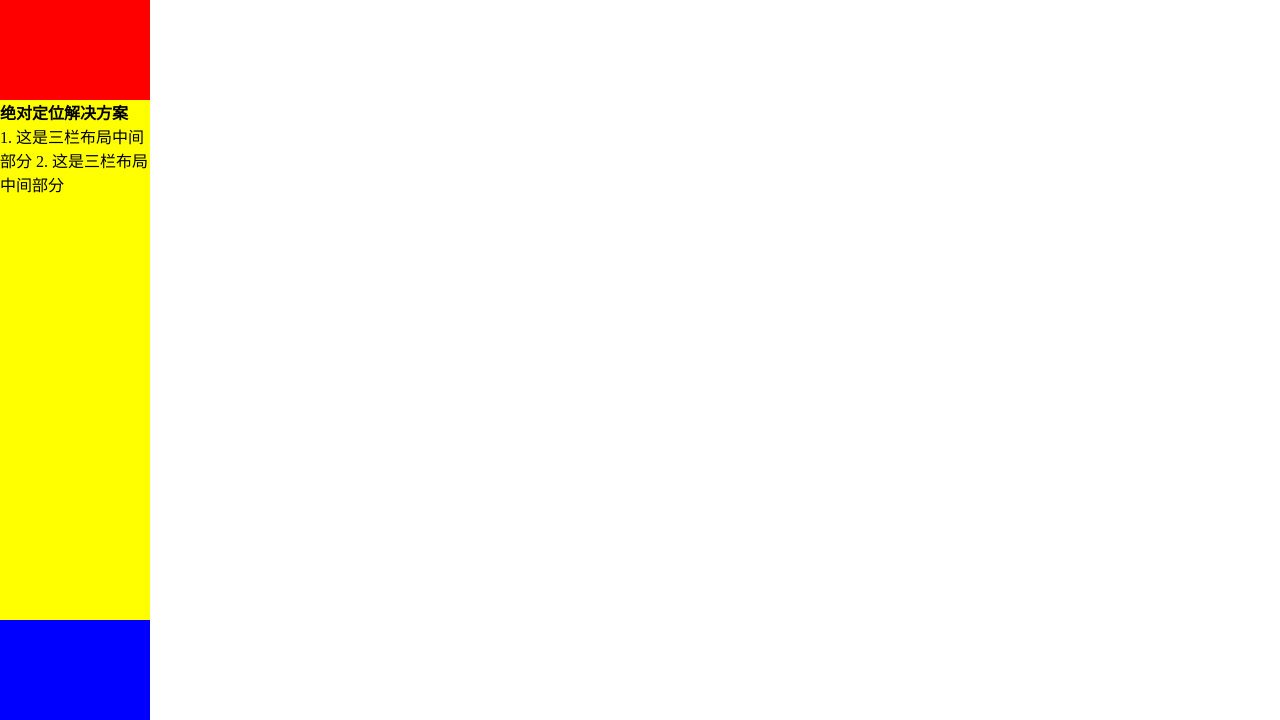
Repository: Qianfane/Blog
Page: 面试相关/测试/1-2、三栏布局-上中下.html
An editor plug-in stored every save of this project. The page is shown before and after a run of saves, followed by the edit.
The browser window is 1280 px wide. The pictures show the whole page.

Above is the page before, as saved 2022-01-02 17:43:29.

After the next 4 saves:
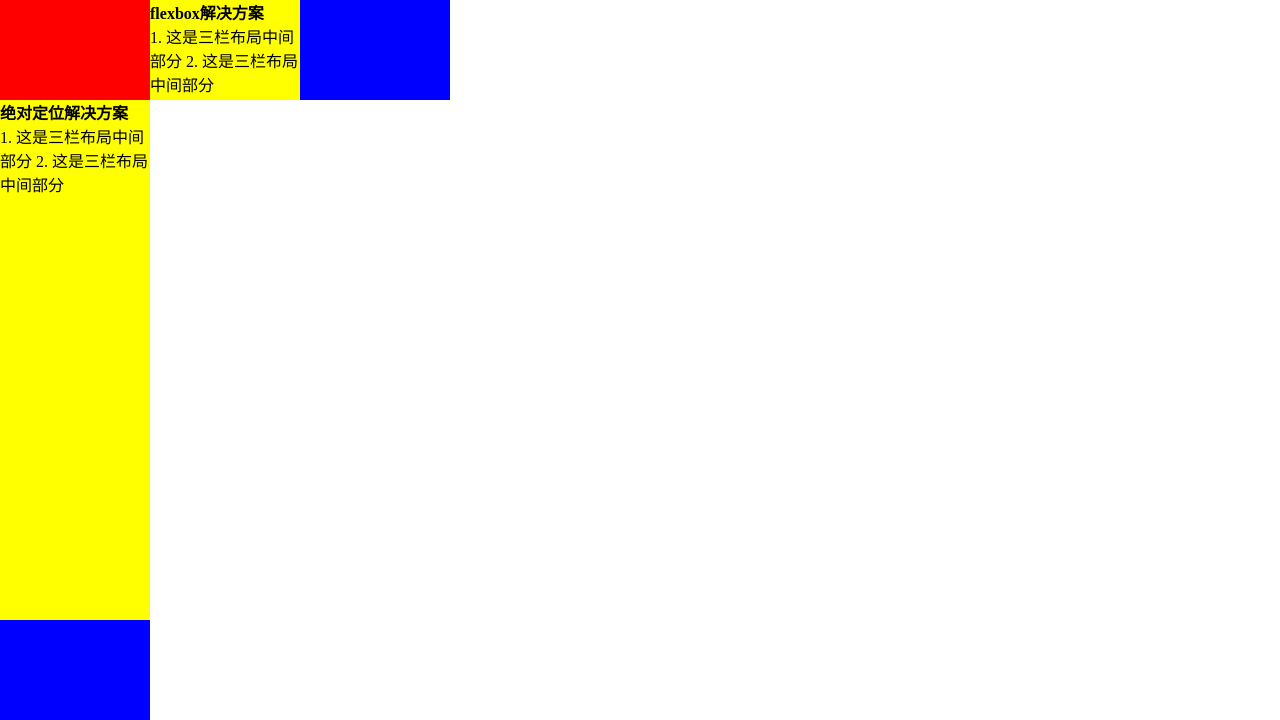
The 4 saves are shown as one change because they came seconds apart.
The last was saved 11 s later.
--- a/面试相关/测试/1-2、三栏布局-上中下.html
+++ b/面试相关/测试/1-2、三栏布局-上中下.html
@@ -54,17 +54,17 @@
         <!-- flexbox解决方案 -->
         <section class="layout flexbox">
             <style>
-                .layout.absolute .top-center-bottom {
+                .layout.flexbox .top-center-bottom {
                     display: flex;
                 }
-                .layout.absolute .top {
+                .layout.flexbox .top {
                     height: 100px;
                     background: red;
                 }
-                .layout.absolute .center {
+                .layout.flexbox .center {
                     background: yellow;
                 }
-                .layout.absolute .bottom {
+                .layout.flexbox .bottom {
                     height: 100px;
                     background: blue;
                 }

After the 6 saves that followed:
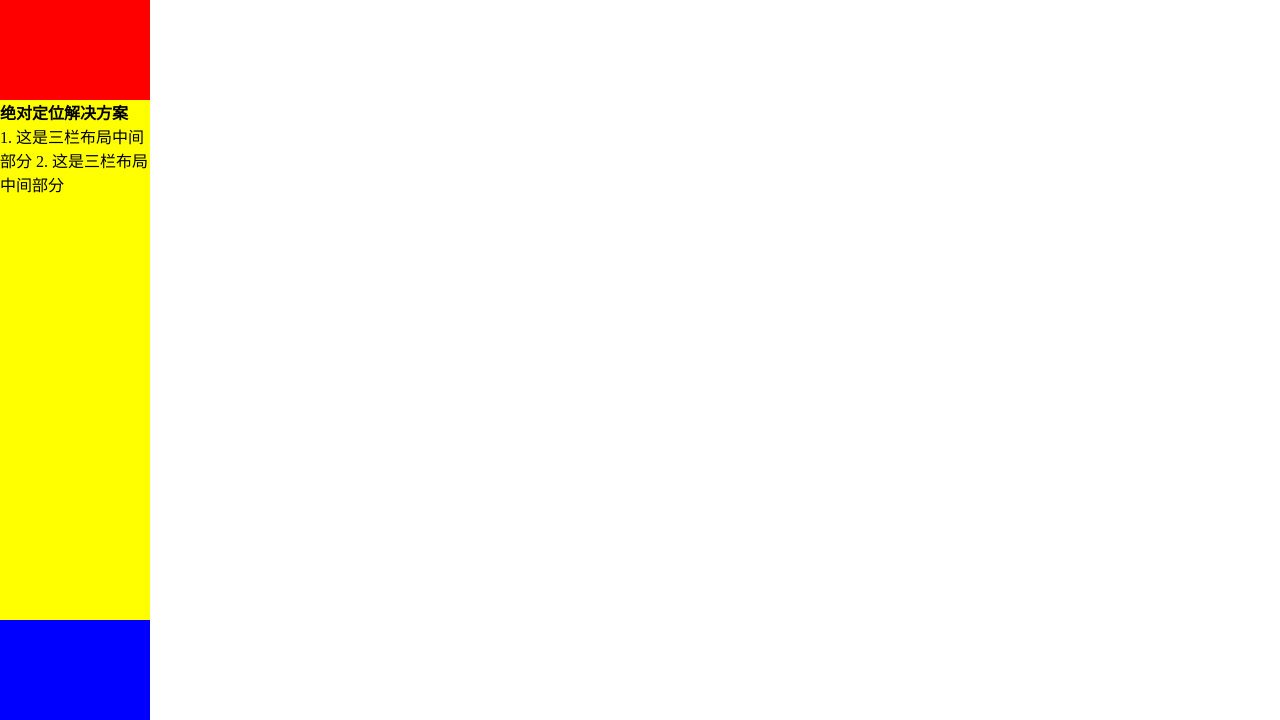
The 6 saves are shown as one change because 4 left the picture as it was and some came seconds apart.
The last was saved 51 s later.
--- a/面试相关/测试/1-2、三栏布局-上中下.html
+++ b/面试相关/测试/1-2、三栏布局-上中下.html
@@ -9,6 +9,9 @@
         html * {
             padding: 0;
             margin: 0;
+        }
+        .layout {
+            margin-right: 20px;
         }
         .layout article div {
             width: 150px;
@@ -56,6 +59,7 @@
             <style>
                 .layout.flexbox .top-center-bottom {
                     display: flex;
+                    flex-direction: column;
                 }
                 .layout.flexbox .top {
                     height: 100px;
